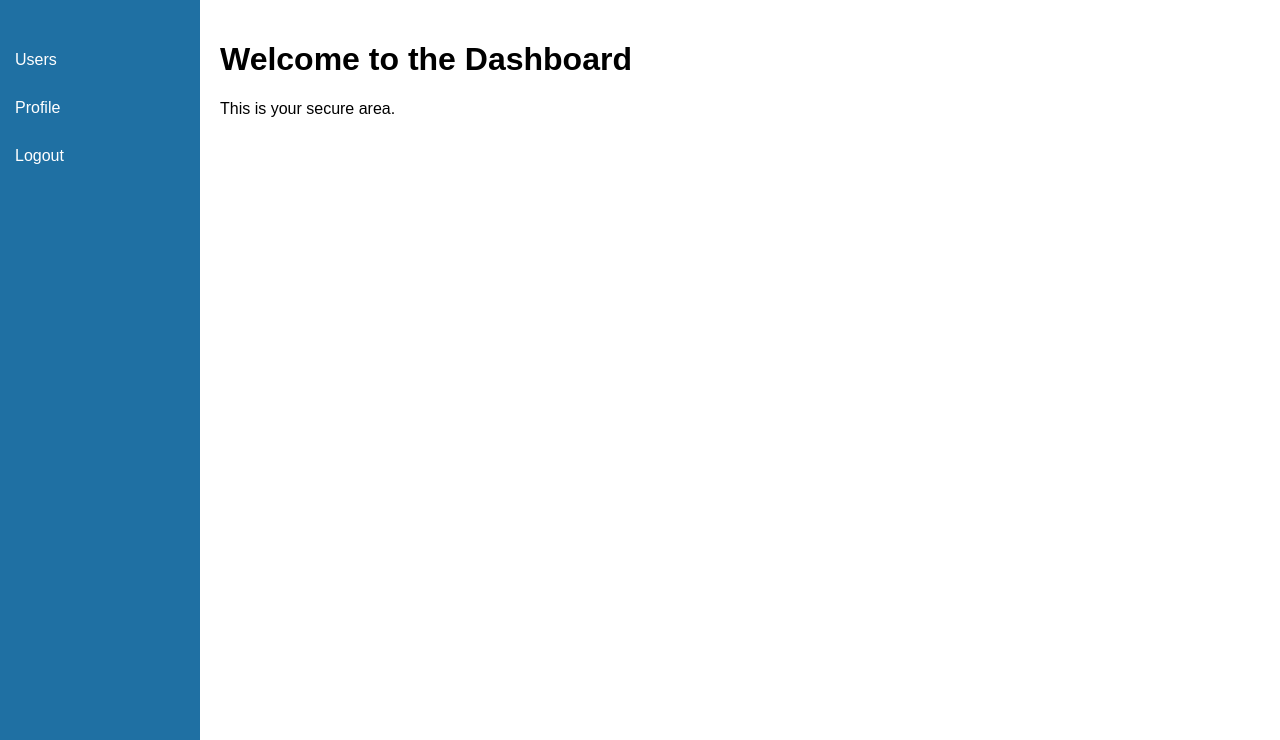
Repository: chennammal15saravanan/Super_Admin
Page: http://localhost/dashboard
An editor plug-in stored every save of this project. The page is shown before and after the next save, followed by the edit.
The browser window is 1280 px wide. The pictures show the whole page.
The page is served by the project's application, run on Flask 3 (app.py).

Above is the page before, as saved 2025-06-13 16:33:43.

After the next save:
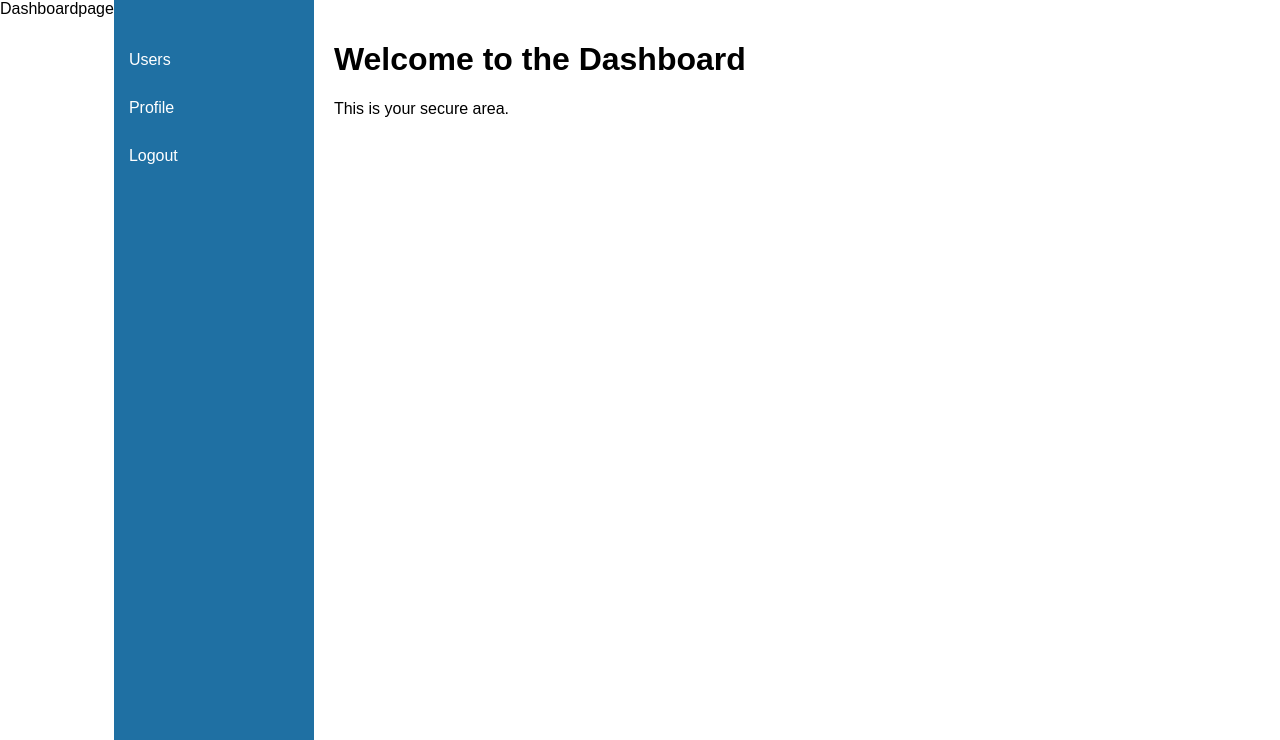
Saved 8 s later.
--- a/templates/dashboard.html
+++ b/templates/dashboard.html
@@ -5,7 +5,7 @@
   <meta name="viewport" content="width=device-width, initial-scale=1.0"/>
   <title>Dashboard</title>
   <link rel="stylesheet" href="{{ url_for('static', filename='css/dashboard.css') }}">
-  <h/></h>
+  <h/>Dashboardpage </h>
 </head>
 <body>
   <div class="sidebar">

After the save that followed:
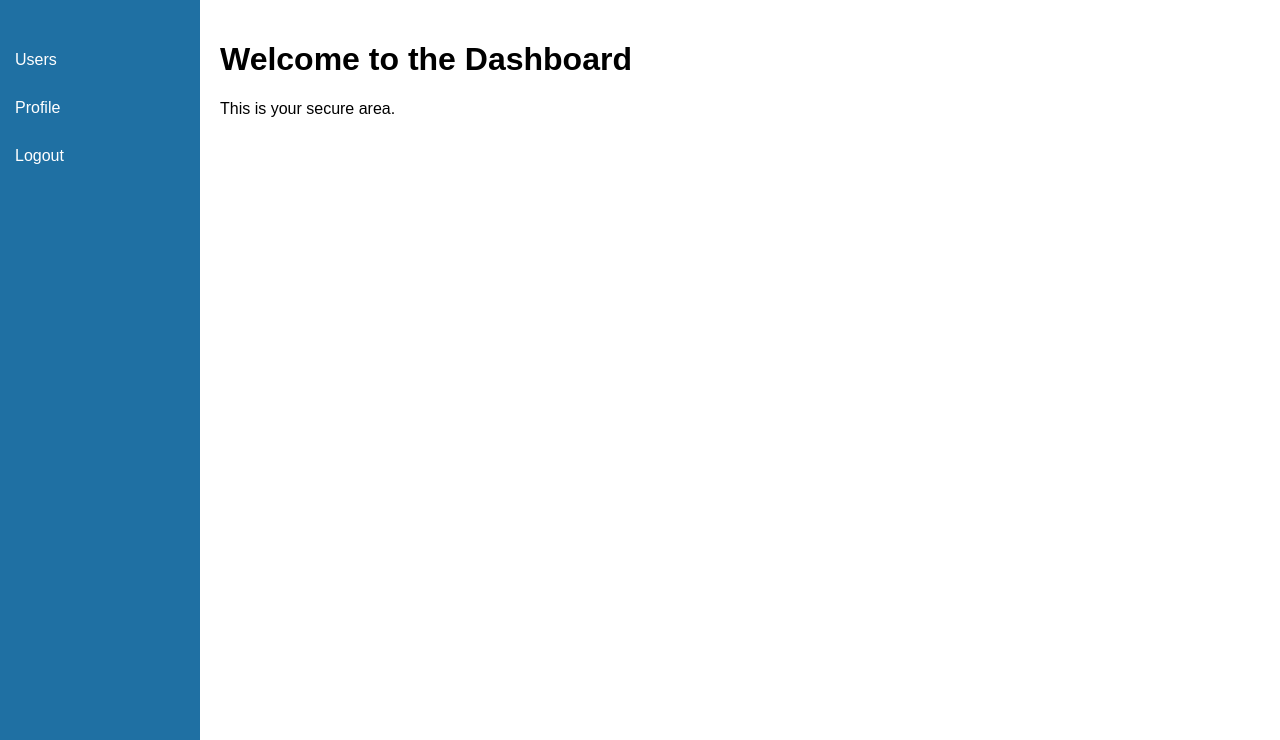
Saved 14 s later.
--- a/templates/dashboard.html
+++ b/templates/dashboard.html
@@ -5,7 +5,7 @@
   <meta name="viewport" content="width=device-width, initial-scale=1.0"/>
   <title>Dashboard</title>
   <link rel="stylesheet" href="{{ url_for('static', filename='css/dashboard.css') }}">
-  <h/>Dashboardpage </h>
+
 </head>
 <body>
   <div class="sidebar">
